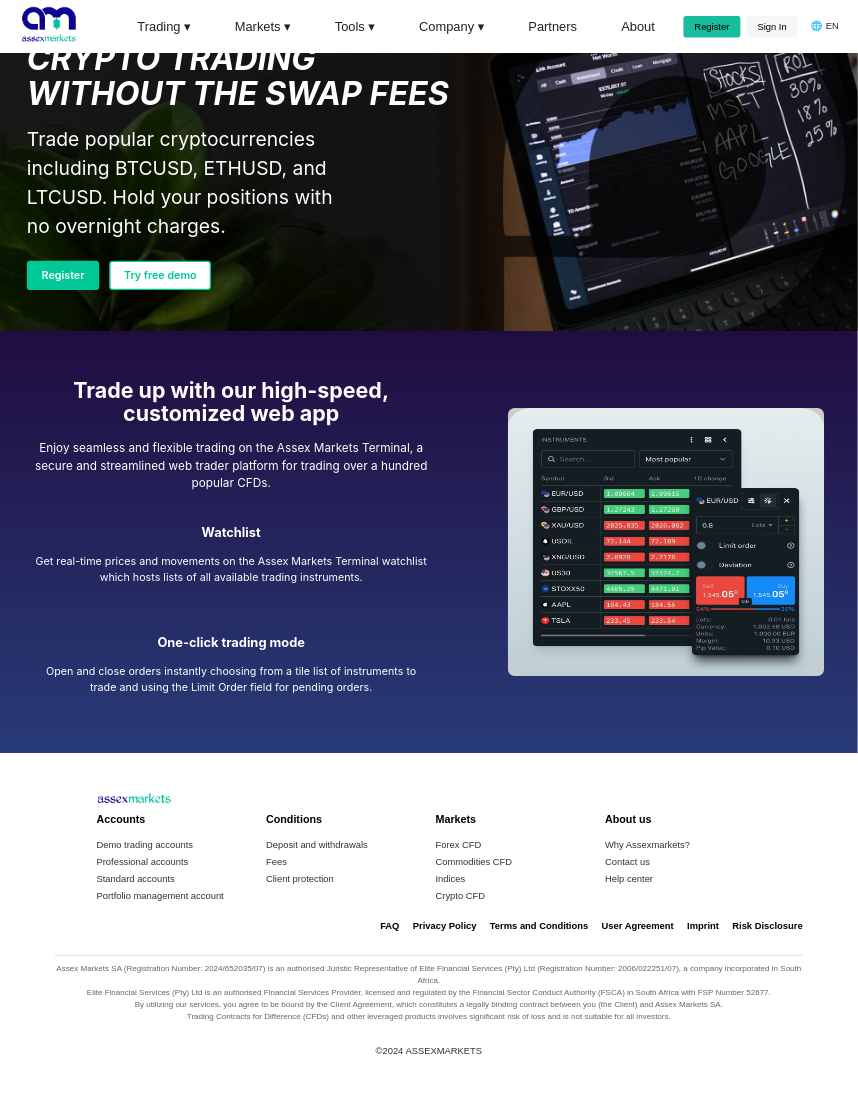
Repository: RevenewMarketing/Assex
Page: /webinar
These files come from the project's save history. The page is drawn as it stood at one moment and after the next save; the edit follows.
The browser window is 1280 px wide. The pictures show the whole page, at 67% of full size.
The project was rebuilt for these pictures with package versions that can differ from the ones it lists, and the page was loaded fresh each time. Also part of the build but not shown: vite.config.ts, src/pages/home/sections/HeroSection.module.css, src/pages/home/sections/HeroSection.tsx, src/pages/home/sections/Section2.tsx, src/pages/home/sections/Section3.tsx, src/pages/home/sections/Section4.tsx, src/pages/home/sections/Section5.tsx, src/pages/home/sections/Section6.tsx and 32 more.

Above is the page before, as saved 2024-11-29 12:10:08.

### index.html
<!doctype html>
<html lang="en">
  <head>
    <meta charset="UTF-8" />
    <link rel="icon" type="image/svg+xml" href="/vite.svg" />
    <meta name="viewport" content="width=device-width, initial-scale=1.0" />
    <title>Assex</title>
  </head>
  <body>
    <div id="root"></div>
    <script type="module" src="/src/main.tsx"></script>
  </body>
</html>

### src/index.css
:root {
  font-family: Inter, system-ui, Avenir, Helvetica, Arial, sans-serif;
  line-height: 1.5;
  font-weight: 400;
  color-scheme: light dark;
  color: rgba(255, 255, 255, 0.87);
  background-color: #ffffff;
  font-synthesis: none;
  max-width: 1920px;
  margin: auto;
  text-rendering: optimizeLegibility;
  -webkit-font-smoothing: antialiased;
  -moz-osx-font-smoothing: grayscale;
  /* Smooth scrolling */
  scroll-behavior: smooth;
}

a {
  font-weight: 500;
  color: #646cff;
  text-decoration: inherit;
}

a:hover {
  color: #535bf2;
}

body {
  margin: 0;
  display: flex;
  place-items: center;
  min-width: 320px;
  min-height: 100vh;
  background-color: #FFF;
  /* align-content: center; */
  flex-direction: column;
  justify-content: flex-start;
}

h1 {
  font-size: 3.2em;
  line-height: 1.1;
}

button {
  border-radius: 8px;
  border: 1px solid transparent;
  padding: 0.6em 1.2em;
  font-size: 1em;
  font-weight: 500;
  font-family: inherit;
  background-color: #1a1a1a;
  cursor: pointer;
  transition: border-color 0.25s;
}

button:hover {
  border-color: #646cff;
}

button:focus,
button:focus-visible {
  outline: 4px auto -webkit-focus-ring-color;
}

@media (prefers-color-scheme: light) {
  :root {
    color: #213547;
    background-color: #ffffff;
  }

  a:hover {
    color: #747bff;
  }

  button {
    background-color: #f9f9f9;
  }
}

### src/App.tsx

import './App.css'
// import Navigation from './pages/home/Navigation'
import NavigationMenu from './components/navigation-menu/NavigationMenu'

import { BrowserRouter, Route, Routes } from 'react-router';
import Home from './pages/home/Home';
import Footer from './components/footer-section/Footer';
import About from './pages/about/About';
import Partner from './pages/partner/Partner';
import AccountTypeCrypto from './pages/account_type_crypto/AccountTypeCrypto';
import Webinar from './pages/web-terminal/Webinar';

function App() {

  return (
    <>
    <BrowserRouter>
    <NavigationMenu />
    <Routes>
      <Route path="/" element={<Home />} />
      <Route path="/about" element={<About />} />
      <Route path="/partner" element={<Partner />} />
      <Route path="/atc" element={<AccountTypeCrypto />} />
      <Route path="/webinar" element={<Webinar />} />
      {/* Define other routes */}
    </Routes>
    <Footer />
  </BrowserRouter>


    </>
  )
}

export default App

### src/App.css
#root {
  max-width: 1920px;
  width: 100%;
  margin: 0 auto;
  padding: 0;
  text-align: center;
}

.logo {
  height: 6em;
  padding: 1.5em;
  will-change: filter;
  transition: filter 300ms;
}
.logo:hover {
  filter: drop-shadow(0 0 2em #646cffaa);
}
.logo.react:hover {
  filter: drop-shadow(0 0 2em #61dafbaa);
}

@keyframes logo-spin {
  from {
    transform: rotate(0deg);
  }
  to {
    transform: rotate(360deg);
  }
}

@media (prefers-reduced-motion: no-preference) {
  a:nth-of-type(2) .logo {
    animation: logo-spin infinite 20s linear;
  }
}

.card {
  padding: 2em;
}

.read-the-docs {
  color: #888;
}

/* Auth Buttons */
.authButtons {
  /* margin-left: auto; */
  display: flex;
  gap: 10px;
}

### src/components/footer-section/Footer.tsx
import styles from './FooterStyles.module.css';
import essexLogo from '../../assets/pages/Global/2-Footer/1AssexMarket-WordMark.png';
import { Link } from 'react-router';

const footerContent = {
  accounts: [
    { title: 'Demo trading accounts', isActive: false },
    { title: 'Professional accounts', isActive: false },
    { title: 'Standard accounts', isActive: false },
    { title: 'Portfolio management account', isActive: false },
  ],
  conditions: [
    { title: 'Deposit and withdrawals', isActive: false },
    { title: 'Fees', isActive: false },
    { title: 'Client protection', isActive: false },
  ],
  markets: [
    { title: 'Forex CFD', isActive: false },
    { title: 'Commodities CFD', isActive: false },
    { title: 'Indices', isActive: false },
    { title: 'Crypto CFD', isActive: false },
  ],
  aboutUs: [
    { title: 'Why Assexmarkets?', isActive: false },
    { title: 'Contact us', isActive: false },
    { title: 'Help center', isActive: false },
  ],
  links: [
    { title: 'FAQ', isActive: false },
    { title: 'Privacy Policy', isActive: false },
    { title: 'Terms and Conditions', isActive: false },
    { title: 'User Agreement', isActive: false },
    { title: 'Imprint', isActive: false },
    { title: 'Risk Disclosure', isActive: false },
  ],
  details: [
    'Assex Markets SA (Registration Number: 2024/652035/07) is an authorised Juristic Representative of Elite Financial Services (Pty) Ltd (Registration Number: 2006/022251/07), a company incorporated in South Africa.',
    'Elite Financial Services (Pty) Ltd is an authorised Financial Services Provider, licensed and regulated by the Financial Sector Conduct Authority (FSCA) in South Africa with FSP Number 52677.',
    'By utilizing our services, you agree to be bound by the Client Agreement, which constitutes a legally binding contract between you (the Client) and Assex Markets SA.',
    'Trading Contracts for Difference (CFDs) and other leveraged products involves significant risk of loss and is not suitable for all investors.',
  ],
};

const Footer: React.FC = () => {
  return (
    <footer className={styles.footerContainer}>
      <div className={styles.logoContainer}>
        <img src={essexLogo} alt="Assex Markets Logo" />
      </div>
      <div className={styles.columnsContainer}>
        <div>
          <h4>Accounts</h4>
          <ul>
            {footerContent.accounts.map((account, index) => (
              <li
                key={index}
                className={!account.isActive ? styles.noDrag : undefined}
              >
                {account.title}
              </li>
            ))}
          </ul>
        </div>
        <div>
          <h4>Conditions</h4>
          <ul>
            {footerContent.conditions.map((condition, index) => (
              <li
                key={index}
                className={!condition.isActive ? styles.noDrag : undefined}
              >
                {condition.title}
              </li>
            ))}
          </ul>
        </div>
        <div>
          <h4>Markets</h4>
          <ul>
            {footerContent.markets.map((market, index) => (
              <li
                key={index}
                className={!market.isActive ? styles.noDrag : undefined}
              >
                {market.title}
              </li>
            ))}
          </ul>
        </div>
        <div>
          <Link to="/about">
            <h4>About us</h4>
          </Link>
          <ul>
            {footerContent.aboutUs.map((about, index) => (
              <li
                key={index}
                className={!about.isActive ? styles.noDrag : undefined}
              >
                {about.title}
              </li>
            ))}
          </ul>
        </div>
      </div>
      <div className={styles.linksContainer}>
        {footerContent.links.map((link, index) => (
          <a
            href="#"
            key={index}
            className={!link.isActive ? styles.noDrag : undefined}
          >
            {link.title}
          </a>
        ))}
      </div>
      <div className={styles.details}>
        {footerContent.details.map((detail, index) => (
          <p key={index}>{detail}</p>
        ))}
      </div>
      <div className={styles.copyright}>
        <p>©2024 ASSEXMARKETS</p>
      </div>
    </footer>
  );
};

export default Footer;

### src/pages/web-terminal/Webinar.tsx
import Section1 from "./sections/Section1"
import Section2 from "./sections/Section2"




const Webinar = () => {
  return (
    <div>
      <Section1 />
      <Section2 />

    </div>
  )
}

export default Webinar

### src/components/navigation-menu/NavigationMenu.module.css
.navigationContainer {
  position: relative;
  font-family: Arial, sans-serif;
}

/* Navigation Bar */
.navigationBar {
  position: fixed;
  top: 0;
  left: 0;
  width: 100%;
  display: flex;
  background-color: #ffffff;
  padding: 10px 20px;
  box-sizing: border-box;
  z-index: 1001;
  justify-content: center;
  align-items: center;
}

/* Menu Item Container */
.menuItemContainer {
  margin-right: 20px;
}

/* Menu Items */
.menuItem {
  background: none;
  border: none;
  color: rgb(34, 34, 34);
  font-size: 1.2rem;
  cursor: pointer;
  transition: opacity 0.3s;
}

.menuItem:hover {
  opacity: 0.7;
}

.active {
  opacity: 0.5;
}

.navLogo {
  margin-right: 5dvw;
}

.languageSelector {
  margin-left: 20px;
  display: flex;
  align-items: center;
  font-size: 14px;
  color: #000000d8;
  cursor: pointer;
}

.globeIcon {
  margin-right: 5px;

}

/* Submenu */
.submenu {
  position: fixed;
  top: 50px;
  left: 0;
  width: 100%;
  height: 300px;
  background-color: #ffffff;
  box-shadow: 0 4px 8px rgba(0, 0, 0, 0.2);
  padding: 20px;
  box-sizing: border-box;
  z-index: 1000;
  opacity: 0;
  transform: translateY(-100%);
}

.submenuContent {
  display: flex
  ;
      justify-content: flex-start;
      gap: 10dvw;
      padding: 0 5dvw;
}

.submenuSection h4 {
  color: #00b074;
  font-size: 1.2rem;
}

.submenuSection p {
  font-size: 1.2rem;
}

.submenuSection {
  text-align: left;
}

.submenuSection a {
  color: #000000;
  text-decoration: none;
  cursor: pointer;
  transition: color 0.3s;
}

.submenuSection a:hover {
  color: #00b074;
  transition: color 0.3s;
}

/* Fade In Animation */
.fadeIn {
  animation: slide-in-top 0.3s cubic-bezier(0.25, 0.46, 0.45, 0.94) forwards;
}

@keyframes slide-in-top {
  0% {
    transform: translateY(-100%);
    opacity: 0;
  }
  100% {
    transform: translateY(0);
    opacity: 1;
  }
}

/* Fade Out Animation */
.fadeOut {
  animation: slide-out-top 0.3s cubic-bezier(0.25, 0.46, 0.45, 0.94) forwards;
}

@keyframes slide-out-top {
  0% {
    transform: translateY(0);
    opacity: 1;
  }
  100% {
    transform: translateY(-100%);
    opacity: 0;
  }
}





/* Overlay */
.overlay {
  position: fixed;
  top: 50px;
  left: 0;
  width: 100%;
  height: calc(100% - 50px);
  background: rgba(0, 0, 0, 0.5);
  z-index: 999;
  opacity: 0;
  visibility: hidden;
  transition: opacity 0.3s ease, visibility 0.3s ease;
}

.fadeInOverlay {
  opacity: 1;
  visibility: visible;
  backdrop-filter: blur(5px);
}

.fadeOutOverlay {
  opacity: 0;
  visibility: hidden;
}

/* Page Content */
.pageContent {
  /* padding: 80px 20px 20px 20px; */
  transition: opacity 0.3s;
}

.dimmed {
  opacity: 0.3;
}

### src/components/ReusableButton.tsx

import styles from './GlobalComponentStyles.module.css';

type Props = {
  link?: string;
  text: string;
  type: 'register' | 'sign-in' | 'logout' | 'profile' | 'settings' | 'help' | 'free-trial' | 'learn-more' | 'dark' | 'light';
};

export default function ReusableButton({ link, text, type }: Props) {
  return (
      <button
      style={{
        backgroundColor: type === 'register' ? '#19BC9C' :
        type === 'sign-in' ? '#F4F6F7' :
        type === 'logout' ? '#FF6347' :
        type === 'profile' ? '#FFA07A' :
        type === 'settings' ? '#FF7F50' :
        type === 'help' ? '#FFA500' :
        type === 'free-trial' ? '#FFD700' :
        type === 'learn-more' ? '#FF4500' :
        type === 'dark' ? '#4C4B4D' :
        type === 'light' ? '#fff' : '#000',
        color: type === 'dark' ? '#fff' : '#000'
      }}
        className={styles.registerButton}
        onClick={() => window.open(link, '_blank')}
      >{text}
      </button>

  );
}

### src/components/footer-section/FooterStyles.module.css
.footerContainer {
  background-color: #ffffff;
  color: #333;
  padding: 60px 20px;
  font-family: Arial, sans-serif;
  font-size: 14px;
  line-height: 1.8;
}

.footerContainer h4 {
  font-size: 16px;
  font-weight: bold;
  margin-bottom: 10px;
  color: #000;
  text-align: left;
  margin-top: 0;
}

.footerContainer ul {
  list-style-type: none;
  padding: 0;
  margin: 0;
  text-align: left;
}

.footerContainer ul li {
  margin-bottom: 0px;
  cursor: pointer;
}

.footerContainer ul li:hover {
  color: #00b894;
}

.footerContainer .columnsContainer {
  display: flex;
  justify-content: space-between;
  gap: 20px;
  flex-wrap: wrap;
  margin-bottom: 40px;
  width: 80%;
  margin: auto;
}

.noDrag {
  cursor: no-drop !important;
}

.footerContainer .columnsContainer>div {
  flex: 1;
  min-width: 180px;
  /* Ensures alignment and proper spacing */
}

.linksContainer {
  display: flex;
  gap: 20px;
  justify-content: flex-end;
  width: 95%;
}

.linksContainer a {
  color: #000000 !important;
  font-weight: 600;
}

.footerContainer .linksContainer {
  text-align: center;
  margin: 20px 0 30px;
}

.footerContainer .linksContainer a {
  color: #007bff;
  text-decoration: none;
  margin: 0px;
  font-size: 14px;
}

.footerContainer .linksContainer a:hover {
  text-decoration: underline;
}

.footerContainer .details {
  font-size: 12px;
  color: #666;
  line-height: 1.5;
  margin: 20px auto;
  text-align: center;
  width: 90%;
  border-top: 1px solid #80808061;
  padding-top: 10px;
}

.footerContainer .details p {
  margin-bottom: 15px;
}

.footerContainer .logoContainer {
  text-align: left;
  margin: auto;
  width: 80%;
}

.footerContainer .logoContainer img {
  max-width: 150px;
}

.footerContainer .copyright {
  text-align: center;
  font-size: 14px;
  margin-top: 30px;
}


.details p {
  margin: 0 !important;
}

### src/pages/web-terminal/sections/Section1.tsx

import styles from './Section1.module.css';

const textContent = {
  title: 'CRYPTO TRADING WITHOUT THE SWAP FEES',
  subtitle: 'Trade popular cryptocurrencies including BTCUSD, ETHUSD, and LTCUSD. Hold your positions with no overnight charges.',
  registerButton: 'Register',
  demoButton: 'Try free demo',
};

const Section1: React.FC = () => {
  return (
    <section className={styles.container}>
    <div className={styles.textContainer}>
       <i> <h1 className={styles.title}>{textContent.title}</h1></i>
        <p className={styles.subtitle}>{textContent.subtitle}</p>
    </div>
      <div className={styles.buttonsContainer}>
        <button className={`${styles.button} ${styles.primaryButton}`}>{textContent.registerButton}</button>
        <button className={styles.button}>{textContent.demoButton}</button>
      </div>
    </section>
  );
};

export default Section1;

### src/pages/web-terminal/sections/Section2.tsx

import styles from './Section2.module.css';
import webAppImage from '../../../assets/pages/Web-Terminal/2-section1-Image1.png';

const content = {
  title: "Trade up with our high-speed, customized web app",
  description:
    "Enjoy seamless and flexible trading on the Assex Markets Terminal, a secure and streamlined web trader platform for trading over a hundred popular CFDs.",
  watchlistTitle: "Watchlist",
  watchlistDescription:
    "Get real-time prices and movements on the Assex Markets Terminal watchlist which hosts lists of all available trading instruments.",
  tradingModeTitle: "One-click trading mode",
  tradingModeDescription:
    "Open and close orders instantly choosing from a tile list of instruments to trade and using the Limit Order field for pending orders.",
};

const Section2: React.FC = () => {
  return (
    <div className={styles.section}>
      <div className={styles.textContainer}>
       <div className={styles.headerContent} >
          <h1 className={styles.title}>{content.title}</h1>
          <p className={styles.description}>{content.description}</p>
       </div>

        <div className={styles.features}>
          <div className={styles.feature}>
            <h2 className={styles.featureTitle}>{content.watchlistTitle}</h2>
            <p className={styles.featureDescription}>
              {content.watchlistDescription}
            </p>
          </div>
          <div className={styles.feature}>
            <h2 className={styles.featureTitle}>
              {content.tradingModeTitle}
            </h2>
            <p className={styles.featureDescription}>
              {content.tradingModeDescription}
            </p>
          </div>
        </div>
      </div>
      <img
        className={styles.imagePlaceholder}
        src={webAppImage}
        alt="Web App"
      />

    </div>
  );
};

export default Section2;

### src/components/GlobalComponentStyles.module.css


.registerButton {
  background-color: #00b074;
  color: white;
  border: none;
  padding: 8px 16px;
  font-size: 14px;
  border-radius: 4px;
  cursor: pointer;
}

.signInButton {
  background-color: #f4f4f4;
  color: #333;
  border: 1px solid #ccc;
  padding: 8px 16px;
  font-size: 14px;
  border-radius: 4px;
  cursor: pointer;
}

### src/pages/web-terminal/sections/Section1.module.css
.container {
  background-image: url('../../../assets/pages/Crypto/1-cryptoBanner.jpg'); /* Replace with your background image path */
  background-size: cover;
  background-position: center;
  background-repeat: no-repeat;
  min-height: 63dvh;
  display: flex;
  flex-direction: column;
  justify-content: center;
  align-items: flex-start;
  padding: 20px 40px;
  background-color: rgba(0, 0, 0, 0.73);
  max-width: inherit;
}

@media (max-width: 768px) {
  .container {
    height: auto;
    padding: 15px;
  }
}

.title {
  font-size: 3rem; /* Reduced from 5rem for better scaling */
  font-weight: 700;
  color: white;
  margin: 0 0 20px;
  text-align: left;
}

@media (max-width: 768px) {
  .title {
    font-size: 2.2rem; /* Scaled down for smaller screens */
    margin-bottom: 15px;
  }
}

.textContainer {
  width: 55%;
}

@media (max-width: 768px) {
  .textContainer {
    width: 100%; /* Ensure text occupies full width on smaller screens */
  }
}

.subtitle {
  font-size: 1.8rem; /* Reduced from 2rem for consistency */
  color: white;
  margin: 0 0 30px;
  text-align: left;
  width: 72%;
}

@media (max-width: 768px) {
  .subtitle {
    font-size: 1.2rem; /* Adjusted for smaller screens */
    margin-bottom: 20px;
    width: 100%; /* Occupy full width for better readability */
  }
}

.buttonsContainer {
  display: flex;
  gap: 15px;
}

@media (max-width: 768px) {
  .buttonsContainer {
    flex-direction: column;
    gap: 10px;
  }
}

.button {
  background-color: white;
  color: #00c897;
  border: 2px solid #00c897;
  border-radius: 5px;
  font-size: 1rem; /* Consistent button text size */
  font-weight: 600;
  padding: 10px 20px;
  cursor: pointer;
  transition: all 0.3s ease;
}

.button:hover {
  background-color: #e8f8f4;
}

.primaryButton {
  background-color: #00c897;
  color: white;
}

.primaryButton:hover {
  background-color: #00b087;
}

@media (max-width: 768px) {
  .button {
    width: 100%;
    text-align: center;
  }
}

### src/pages/web-terminal/sections/Section2.module.css
.section {
  display: flex;
  justify-content: space-between;
  align-items: center;
  background: rgb(40, 59, 121);
  background: linear-gradient(0deg, rgba(40, 59, 121, 1) 0%, rgba(32, 13, 63, 1) 100%);
  color: #ffffff;
  padding: 50px;
}

.textContainer {
  max-width: 50%;
}

.title {
  font-size: 2rem;
  font-weight: bold;
  margin-bottom: 20px;
}

.description {
  font-size: 1.1rem;
  margin-bottom: 30px;
}

.features {
  display: flex;
  flex-direction: column;
  gap: 20px;
}

.feature {
  margin-bottom: 20px;
}

.featureTitle {
  font-size: 1.2rem;
  font-weight: bold;
}

.featureDescription {
  font-size: 1rem;
  line-height: 1.5;
}

.imagePlaceholder {
  width: 40%;
  height: 400px;
  background: #ccc;
  border-radius: 10px;
}

Loaded but not shown: src/main.tsx (common file); src/components/navigation-menu/NavigationMenu.tsx (271 lines, source omitted)

After the next save:
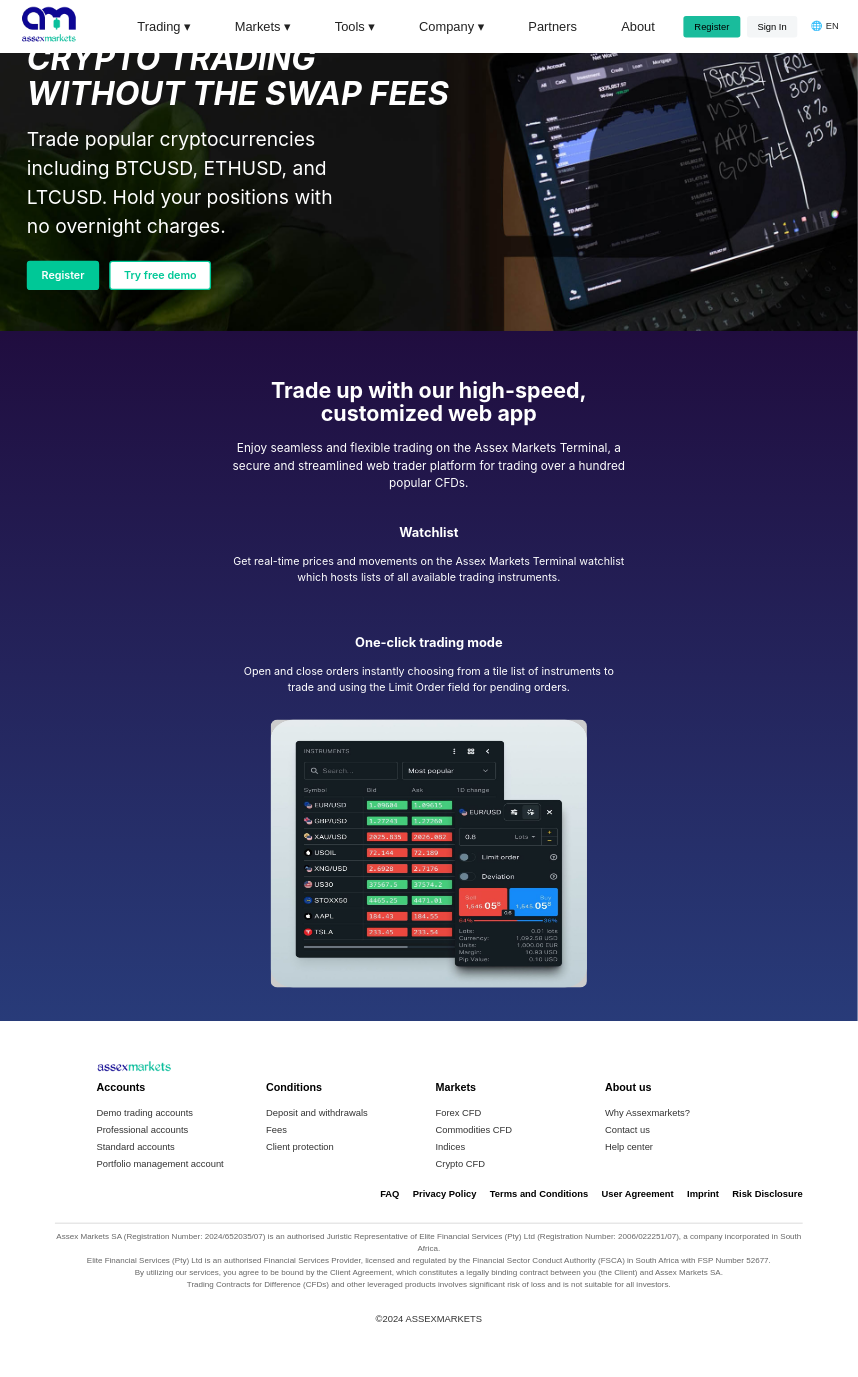
Saved 3 min 22 s later.
--- a/src/pages/web-terminal/sections/Section2.module.css
+++ b/src/pages/web-terminal/sections/Section2.module.css
@@ -6,10 +6,15 @@
   background: linear-gradient(0deg, rgba(40, 59, 121, 1) 0%, rgba(32, 13, 63, 1) 100%);
   color: #ffffff;
   padding: 50px;
+  flex-direction: column;
 }
 
 .textContainer {
   max-width: 50%;
+}
+
+.innerContents {
+
 }
 
 .title {
